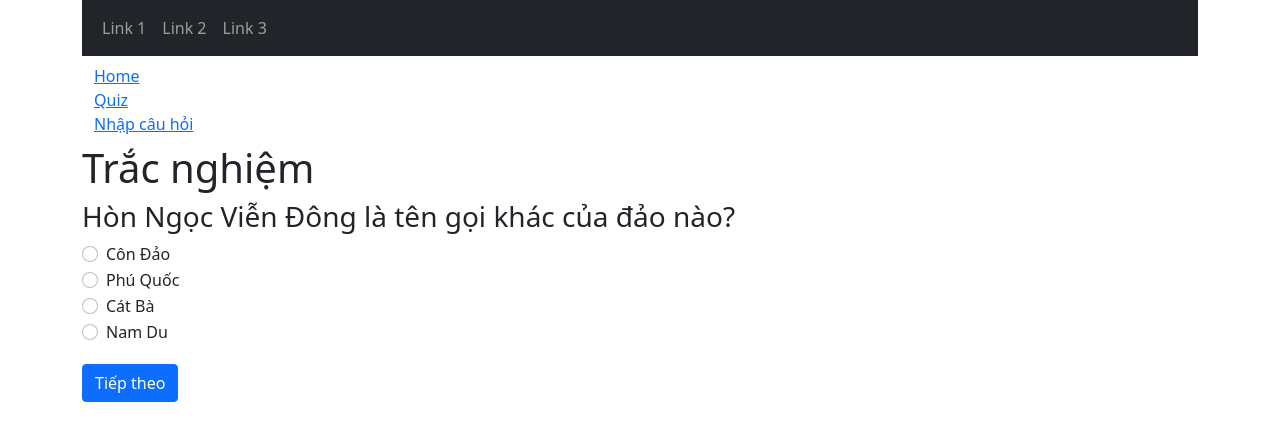
Repository: tran-thien-nhan/quiz_tlln
Page: index.html
The author's editor kept a copy of each file at every save. The page is drawn from the files as they stood at one save, then again after the next save.
The browser window is 1280 px wide. The pictures show the whole page.

Above is the page before, as saved 2023-06-25 10:56:18.

### index.html
<!DOCTYPE html>
<html lang="en">

<head>
    <meta charset="UTF-8">
    <meta name="viewport" content="width=device-width, initial-scale=1.0">
    <title>Trắc nghiệm</title>
    <link rel="stylesheet" href="https://cdnjs.cloudflare.com/ajax/libs/bootstrap/5.0.2/css/bootstrap.min.css">
    <style>
        .question {
            margin-bottom: 20px;
        }
    </style>
</head>

<body>
    <div class="container">
        <nav class="navbar navbar-expand-sm bg-dark navbar-dark">

            <div class="container-fluid">
              <!-- Links -->
              <ul class="navbar-nav">
                <li class="nav-item">
                  <a class="nav-link" href="#">Link 1</a>
                </li>
                <li class="nav-item">
                  <a class="nav-link" href="#">Link 2</a>
                </li>
                <li class="nav-item">
                  <a class="nav-link" href="#">Link 3</a>
                </li>
              </ul>
            </div>

          </nav>
        <nav class="navbar navbar-inverse">
            <div class="container-fluid">
                <ul class="nav navbar-nav">
                    <li class="active"><a href="#">Home</a></li>
                    <li><a href="index.html">Quiz</a></li>
                    <li><a href="nhap_cau_hoi.html">Nhập câu hỏi</a></li>
                </ul>
            </div>
        </nav>
        <h1>Trắc nghiệm</h1>

        <div class="question" id="questionContainer">
            <h3 id="question"></h3>
            <div class="form-check">
                <input class="form-check-input" type="radio" name="answer" id="answer1">
                <label class="form-check-label" for="answer1" id="answerText1"></label>
            </div>
            <div class="form-check">
                <input class="form-check-input" type="radio" name="answer" id="answer2">
                <label class="form-check-label" for="answer2" id="answerText2"></label>
            </div>
            <div class="form-check">
                <input class="form-check-input" type="radio" name="answer" id="answer3">
                <label class="form-check-label" for="answer3" id="answerText3"></label>
            </div>
            <div class="form-check">
                <input class="form-check-input" type="radio" name="answer" id="answer4">
                <label class="form-check-label" for="answer4" id="answerText4"></label>
            </div>
            <span id="result"></span>
        </div>

        <button class="btn btn-primary" id="nextButton">Tiếp theo</button>
        <span id="score"></span>
    </div>

    <script src="https://cdnjs.cloudflare.com/ajax/libs/bootstrap/5.0.2/js/bootstrap.bundle.min.js"></script>
    <script>
        // Đọc câu hỏi từ tệp JSON
        fetch("quest_lib.json")
            .then(response => response.json())
            .then(data => {
                const questions = data.questions;

                let currentQuestionIndex = 0;
                let score = 0;

                const questionContainer = document.getElementById("questionContainer");
                const questionElement = document.getElementById("question");
                const answerTextElements = [
                    document.getElementById("answerText1"),
                    document.getElementById("answerText2"),
                    document.getElementById("answerText3"),
                    document.getElementById("answerText4")
                ];
                const resultElement = document.getElementById("result");
                const nextButton = document.getElementById("nextButton");
                const scoreElement = document.getElementById("score");

                // Xáo trộn câu trả lời
                function shuffleAnswers(answers) {
                    for (let i = answers.length - 1; i > 0; i--) {
                        const j = Math.floor(Math.random() * (i + 1));
                        [answers[i], answers[j]] = [answers[j], answers[i]];
                    }
                    return answers;
                }

                // Cập nhật câu hỏi và câu trả lời
                function updateQuestion() {
                    const question = questions[currentQuestionIndex];
                    const shuffledAnswers = shuffleAnswers(question.choices);

                    questionElement.textContent = question.question;
                    resultElement.textContent = "";

                    for (let i = 0; i < answerTextElements.length; i++) {
                        answerTextElements[i].textContent = shuffledAnswers[i];
                    }
                }

                // Kiểm tra câu trả lời
                function checkAnswer() {
                    const question = questions[currentQuestionIndex];
                    const selectedAnswer = document.querySelector('input[name="answer"]:checked');

                    if (selectedAnswer) {
                        const selectedAnswerText = selectedAnswer.nextElementSibling.textContent;

                        if (selectedAnswerText === question.correctAnswer) {
                            score++;
                            resultElement.textContent = "Correct";
                            resultElement.style.color = "green";
                        } else {
                            resultElement.textContent = "Incorrect";
                            resultElement.style.color = "red";
                        }

                        setTimeout(() => {
                            currentQuestionIndex++;

                            if (currentQuestionIndex < questions.length) {
                                updateQuestion();
                                selectedAnswer.checked = false;
                                nextButton.disabled = true;
                                setTimeout(() => {
                                    nextButton.disabled = false;
                                }, 200);
                            } else {
                                questionContainer.style.display = "none";
                                nextButton.style.display = "none";
                                scoreElement.textContent = `Tổng điểm: ${score}`;
                                scoreElement.style.display = "block";
                            }
                        }, 200);
                    }
                }

                // Xử lý sự kiện khi nhấn nút "Tiếp theo"
                nextButton.addEventListener("click", () => {
                    checkAnswer();
                });

                // Bắt đầu trắc nghiệm
                updateQuestion();
            })
            .catch(error => {
                console.error("Error:", error);
            });
    </script>
</body>

</html>

### quest_lib.json
{
    "questions": [
      {
        "question": "Hòn Ngọc Viễn Đông là tên gọi khác của đảo nào?",
        "choices": [
          "Côn Đảo",
          "Phú Quốc",
          "Nam Du",
          "Cát Bà"
        ],
        "correctAnswer": "Phú Quốc"
      },
      {
        "question": "Ai là vị vua cuối cùng của triều đại Lý?",
        "choices": [
          "Lý Thánh Tông",
          "Lý Cao Tông",
          "Lý Huệ Tông",
          "Lý Nhân Tông"
        ],
        "correctAnswer": "Lý Nhân Tông"
      }
    ]
  }

After the next save:
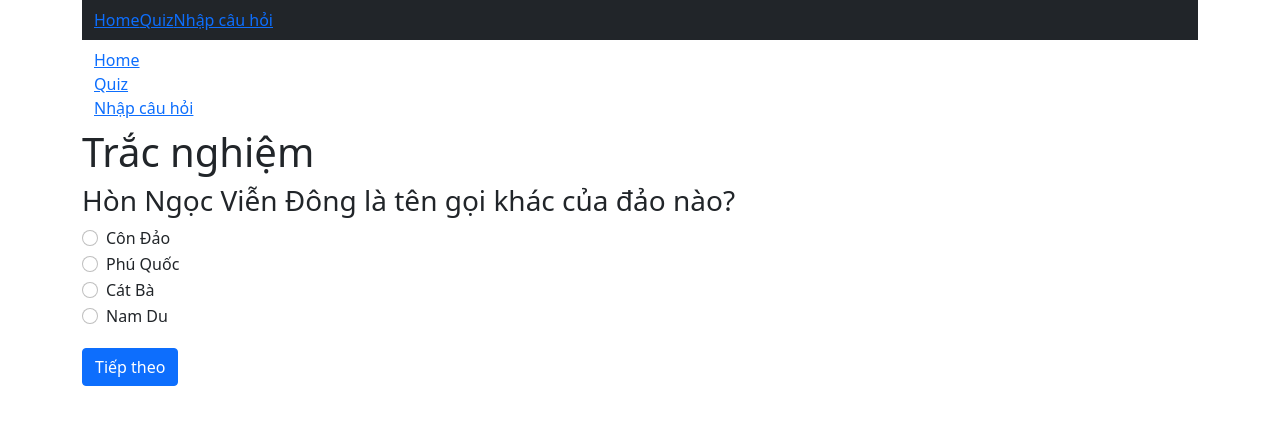
Saved 28 s later.
--- a/index.html
+++ b/index.html
@@ -16,19 +16,12 @@
 <body>
     <div class="container">
         <nav class="navbar navbar-expand-sm bg-dark navbar-dark">
-
             <div class="container-fluid">
               <!-- Links -->
               <ul class="navbar-nav">
-                <li class="nav-item">
-                  <a class="nav-link" href="#">Link 1</a>
-                </li>
-                <li class="nav-item">
-                  <a class="nav-link" href="#">Link 2</a>
-                </li>
-                <li class="nav-item">
-                  <a class="nav-link" href="#">Link 3</a>
-                </li>
+                <li class="active"><a href="#">Home</a></li>
+                <li><a href="index.html">Quiz</a></li>
+                <li><a href="nhap_cau_hoi.html">Nhập câu hỏi</a></li>
               </ul>
             </div>
 
